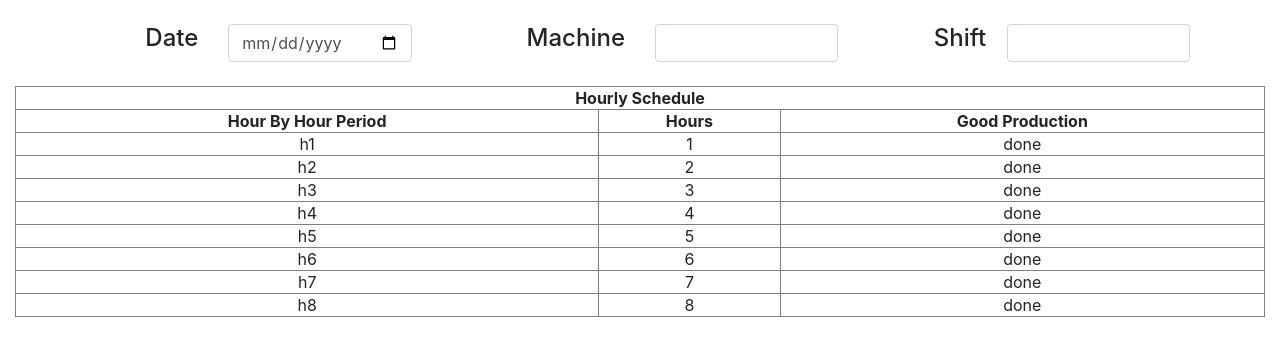
Repository: hisamit97/TVS-Locas
Page: index.html
The author's editor kept a copy of each file at every save. The page is drawn from the files as they stood at one save, then again after the next save.
The browser window is 1280 px wide. The pictures show the whole page.

Above is the page before, as saved 2020-11-30 18:53:24.

### index.html
<html>

<head>
    <title>TVS LoCas</title>
    <link rel="stylesheet" href="https://cdn.jsdelivr.net/npm/bootstrap@4.5.3/dist/css/bootstrap.min.css" integrity="sha384-TX8t27EcRE3e/ihU7zmQxVncDAy5uIKz4rEkgIXeMed4M0jlfIDPvg6uqKI2xXr2" crossorigin="anonymous">

<!-- jQuery and JS bundle w/ Popper.js -->
<script src="https://code.jquery.com/jquery-3.5.1.slim.min.js" integrity="sha384-DfXdz2htPH0lsSSs5nCTpuj/zy4C+OGpamoFVy38MVBnE+IbbVYUew+OrCXaRkfj" crossorigin="anonymous"></script>
<script src="https://cdn.jsdelivr.net/npm/bootstrap@4.5.3/dist/js/bootstrap.bundle.min.js" integrity="sha384-ho+j7jyWK8fNQe+A12Hb8AhRq26LrZ/JpcUGGOn+Y7RsweNrtN/tE3MoK7ZeZDyx" crossorigin="anonymous"></script>
</head>
<body>
    <div class="container-fluid">
        <div class="row">
            <div class="col-md-4"></div>
            <div class="col-md-4"></div>
            <div class="col-md-4"></div>
        </div>
        <br>
        <div class="row" >
            <div class="col-md-4">
                <div class="row">
                    <div class="col-md-6 text-right"><h4>Date</h4></div>
                    <div class="col-md-6"><input type="date" class="form-control mr-3"></div>
                </div>
            </div>
            <div class="col-md-4">
                <div class="row">
                    <div class="col-md-6 text-right" ><h4>Machine</h4></div>
                    <div class="col-md-6"><input type="text" class="form-control"></div>
                </div>
            </div>
            <div class="col-md-4">
                <div class="row">
                    <div class="col-md-6 text-center"><h4>Shift</h4></div>
                    <div class="col-md-6" style="margin-left: -75px;"><input type="text" class="form-control"></div>
                </div>
            </div>
        </div>
        <br>
        <div class="row">
            <div class="col-md-12">
                <table width="100%" border="1">
                   <tr style="text-align: center;">
                       <th colspan="3">Hourly Schedule</th>
                   </tr>
                   <tr style="text-align: center;">
                       <th>Hour By Hour Period</th>
                       <th>Hours</th>
                       <th>Good Production</th>
                    </tr>
                    <tr style="text-align: center;">
                        <td>h1</td>
                        <td>1</td>
                        <td>done</td>
                    </tr>
                    <tr style="text-align: center;">
                        <td>h2</td>
                        <td>2</td>
                        <td>done</td>
                    </tr>
                    <tr style="text-align: center;">
                        <td>h3</td>
                        <td>3</td>
                        <td>done</td>
                    </tr>
                    <tr style="text-align: center;">
                        <td>h4</td>
                        <td>4</td>
                        <td>done</td>
                    </tr>
                    <tr style="text-align: center;">
                        <td>h5</td>
                        <td>5</td>
                        <td>done</td>
                    </tr>
                    <tr style="text-align: center;">
                        <td>h6</td>
                        <td>6</td>
                        <td>done</td>
                    </tr>
                    <tr style="text-align: center;">
                        <td>h7</td>
                        <td>7</td>
                        <td>done</td>
                    </tr>
                    <tr style="text-align: center;">
                        <td>h8</td>
                        <td>8</td>
                        <td>done</td>
                    </tr>
                </table>
            </div>
        </div>
    </div>
</body>
</html>

After the next save:
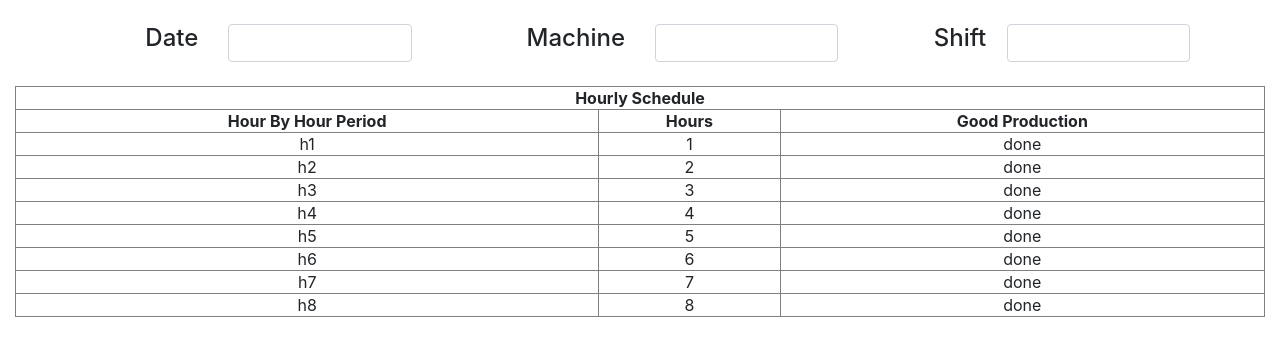
Saved 53 s later.
--- a/index.html
+++ b/index.html
@@ -20,7 +20,7 @@
             <div class="col-md-4">
                 <div class="row">
                     <div class="col-md-6 text-right"><h4>Date</h4></div>
-                    <div class="col-md-6"><input type="date" class="form-control mr-3"></div>
+                    <div class="col-md-6"><input type="text" class="form-control mr-3"></div>
                 </div>
             </div>
             <div class="col-md-4">
